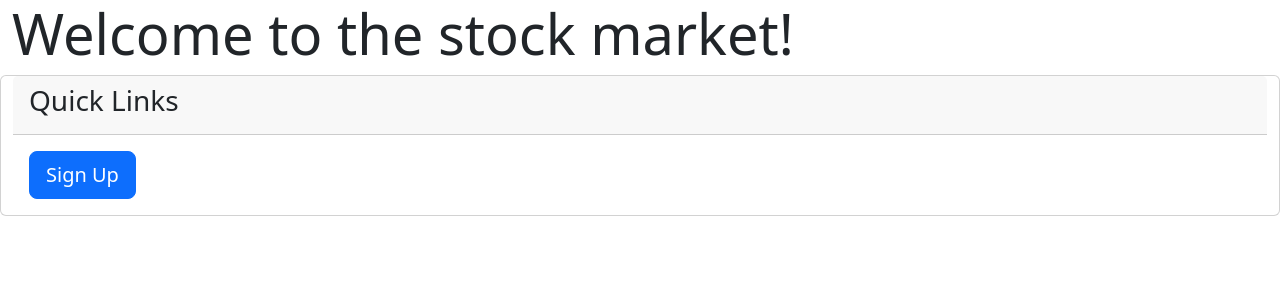
Repository: abdelbaset99/StockMarket
Page: / (app in stockmarket/)
An editor plug-in stored every save of this project. The page is shown before and after a run of saves, followed by the edit.
The browser window is 1280 px wide. The pictures show the whole page.
The project was rebuilt for these pictures with package versions that can differ from the ones it lists, and the page was loaded fresh each time. Also part of the build but not shown: stockmarket/angular.json.

Above is the page before, as saved 2023-07-13 12:20:38.

### stockmarket/src/index.html
<!doctype html>
<html lang="en">
<head>
  <meta charset="utf-8">
  <title>Stockmarket</title>
  <base href="/">
  <meta name="viewport" content="width=device-width, initial-scale=1">
  <link rel="icon" type="image/x-icon" href="favicon.ico">
</head>
<body>
  <app-root></app-root>
</body>
</html>

### stockmarket/src/app/app.module.ts
import { NgModule } from '@angular/core';
import { BrowserModule } from '@angular/platform-browser';
import { AppRoutingModule } from './app-routing.module';
import { AppComponent } from './app.component';
import { HttpClientModule } from '@angular/common/http';
import { OrdersComponent } from './orders/orders.component';
import { StocksComponent } from './stocks/stocks.component';
import { FormsModule } from '@angular/forms';
import { HomeComponent } from './home/home.component';
// import { SocketsService } from './sockets.service';
// import { HubConnection } from '@microsoft/signalr/dist/esm/HubConnection';
import { HubConnection } from '@microsoft/signalr';
import { createHubConnection } from './hub-connection.factory';


@NgModule({
  declarations: [
    AppComponent,
    OrdersComponent,
    StocksComponent,
    HomeComponent
  ],
  imports: [
    BrowserModule,
    AppRoutingModule,
    HttpClientModule,
    FormsModule
  ],
  providers: [{ provide: HubConnection, useFactory: createHubConnection }],
  bootstrap: [AppComponent]
})
export class AppModule { }

### stockmarket/src/app/app-routing.module.ts
import { NgModule } from '@angular/core';
import { RouterModule, Routes } from '@angular/router';
import { OrdersComponent } from './orders/orders.component';
import { StocksComponent } from './stocks/stocks.component';
import { HomeComponent } from './home/home.component';

const routes: Routes = [
  { path: '', component: HomeComponent },
  { path: 'orders', component: OrdersComponent },
  { path: 'stocks', component: StocksComponent },
];

@NgModule({
  imports: [RouterModule.forRoot(routes)],
  exports: [RouterModule]
})
export class AppRoutingModule {}

### stockmarket/src/app/app.component.ts
import { Component } from '@angular/core';
// import { SocketsService } from './sockets.service';
// import { Observable, Subscription } from 'rxjs';
// import { HttpClient} from '@angular/common/http';

@Component({
  selector: 'app-root',
  templateUrl: './app.component.html',
  styleUrls: ['./app.component.css'],
})
export class AppComponent {
  title = 'stocks';
  // stocks: any[] = [];
  // sub: Subscription = new Subscription();

  // constructor(private http: HttpClient) {}
  constructor() {

  }

  ngOnInit() {
    // this.getStocksData();
    // this.http.get<any[]>(`http://localhost:5000/`).subscribe(
    //   (stocks) => {
    //     this.stocks = stocks;
    //   },
    //   (err) => {
    //     console.log(err);
    //   }
    // );
  }

  // getStocksData(): void {
  //   this.sub = this.socketService.getStocks().subscribe((stocks) => {
  //     this.stocks = stocks;
  //   });
  // }

}

### stockmarket/src/app/hub-connection.factory.ts
import { HubConnection, HubConnectionBuilder } from '@microsoft/signalr';

export function createHubConnection(): HubConnection {
  const builder = new HubConnectionBuilder();
  const connection = builder.withUrl('http://localhost:5089/stockhub').build();
  return connection;
}

### stockmarket/src/app/home/home.component.html
<!DOCTYPE html>
<html lang="en">

<head>
  <meta charset="UTF-8">
  <meta name="viewport" content="width=device-width, initial-scale=1.0">
  <title>Document</title>
</head>

<body>
  <div class="container-fluid">
    <div class="row">
      <div class="col-md-8">
        <h1 class="display-4">Welcome to the stock market!</h1>
      </div>
      <div class="card">
        <div class="card-header">
          <h3>Quick Links</h3>
        </div>
        <div class="card-body">
          <!-- <a class="btn btn-primary btn-lg btn-block" routerLink="/stocks">View Stocks</a>
            <a class="btn btn-secondary btn-lg btn-block" routerLink="/orders">View Orders</a> -->
          <a class="btn btn-primary btn-lg btn-block" (click)="signUp.showModal()">Sign Up</a>
        </div>
      </div>
    </div>
  </div>



</body>

</html>

### stockmarket/src/app/orders/orders.component.ts
import { OrderService } from './../order.service';
import { Component } from '@angular/core';
import { HttpClient} from '@angular/common/http';
import { Order } from '../order';


@Component({
  selector: 'app-orders',
  templateUrl: './orders.component.html',
  styleUrls: ['./orders.component.css']
})
export class OrdersComponent {
  title = 'orders';
  orders: Order[] = [];
  constructor(private http: HttpClient, private orderService: OrderService) {}

  ngOnInit(): void {
    this.getOrders();

  }

  getOrders() {
    this.orderService.getOrders().subscribe(
      (orders) => {
        this.orders = orders;
                console.log(this.orders);
      }
    );
  }
}

### stockmarket/src/app/stocks/stocks.component.ts
// import { BuyRequest } from './../buy-request';
import { Component } from '@angular/core';
import { NgForm } from '@angular/forms';
import { Stock } from '../stock';
import { Order } from '../order';
import { StockService } from '../stock.service';
import * as signalR from '@microsoft/signalr';

@Component({
  selector: 'app-stocks',
  templateUrl: './stocks.component.html',
  styleUrls: ['./stocks.component.css'],
})
export class StocksComponent {
  title = 'stocks';
  name: string = '';
  stockPrice: number = 0;
  quantity: number = 0;
  selectedStock: string = '';

  stocks: Stock[] = [];
  // private hubConnection!: signalR.HubConnection;
  constructor(
    private stockService: StockService,
    private hubConnection: signalR.HubConnection
  ) {}

  getStockPrice() {
    const selectedStockObj = this.stocks.find(
      (stock) => stock.name === this.selectedStock
    );
    return selectedStockObj ? selectedStockObj.price : 0;
  }

  getStockID() {
    const selectedStockObj = this.stocks.find(
      (stock) => stock.name === this.selectedStock
    );
    return selectedStockObj ? selectedStockObj.id : 0;
  }

  ngOnInit(): void {
    this.startConnection();
    this.getStocks();

    setInterval(() => {
      if (this.hubConnection.state === signalR.HubConnectionState.Connected) {
        this.hubConnection
          .invoke('UpdateStockPrices')
          .then(() => {
            console.log('Stock prices updated successfully.');
          })
          .catch((err) => {
            console.log(err);
          });
      } else {
        console.warn('SignalR connection is not in the Connected state.');
      }
    }, 10000);
  }

  startConnection = () => {
    this.hubConnection = new signalR.HubConnectionBuilder()
      .withUrl('http://localhost:5089/stockhub', {
        skipNegotiation: true,
        transport: signalR.HttpTransportType.WebSockets,
      })
      .build();

    this.hubConnection
      .start()
      .then(() => {
        console.log('Connection started');
        this.hubConnection.on('ReceiveStockPrices', (stocks) => {
          this.stocks = stocks;
          console.log(this.stocks);
        });
      })
      .catch((err) => console.log('Error while starting connection: ' + err));
  };

  getStocks(): void {
    this.stockService.getStocks().subscribe((stocks) => (this.stocks = stocks));
  }

  onsubmit(form: NgForm) {
    console.log(form.value);

    // const randomInt = Math.floor(Math.random() * 10000);
    const unixTimeInSeconds: number = Math.floor(Date.now() / 1000);

    const order: Order = {
      id: unixTimeInSeconds,
      stockID: this.getStockID(),
      buyerName: form.value.name,
      quantity: form.value.quantity,
      price: form.value.stockPrice,
    };
    // const request: BuyRequest = {
    //   StockName: this.selectedStock,
    //   Quantity: form.value.quantity,
    //   BuyerName: form.value.name,
    // };
    // this.stockService.buyStock(this.selectedStock, request).subscribe(
    //   (response) => {
    //     console.log(response);
    //   },
    //   (err) => {
    //     console.log(err);
    //   }
    // );
    this.stockService.buyStock(order).subscribe(
      (response) => {
        console.log(response);
      },
      (err) => {
        console.log(err);
      }
    );
  }
}

### stockmarket/src/app/orders/orders.component.html
<h1 class="display-4">Orders</h1>

<nav class="navbar navbar-expand-lg navbar-light bg-light">
  <a class="navbar-brand" href="#">Home</a>
  <button class="navbar-toggler" type="button" data-toggle="collapse" data-target="#navbarNav" aria-controls="navbarNav"
    aria-expanded="false" aria-label="Toggle navigation">
    <span class="navbar-toggler-icon"></span>
  </button>
  <div class="collapse navbar-collapse" id="navbarNav">
    <ul class="navbar-nav">
      <li class="nav-item">
        <a class="nav-link" routerLink="/stocks">Stocks</a>
      </li>
    </ul>
  </div>
</nav>

<div class="container-fluid">
  <div class="row">
    <div class="col-md-12">
      <table class="table table-striped">
        <thead>
          <tr>
            <th>ID</th>
            <th>Name</th>
            <th>Stock ID</th>
            <th>Price</th>
            <th>Quantity</th>
          </tr>
        </thead>
        <tbody>
          <tr *ngFor="let order of orders">
            <td>{{ order.id }}</td>
            <td>{{ order.buyerName }}</td>
            <td>{{ order.stockID }}</td>
            <td>{{ order.price }}</td>
            <td>{{ order.quantity }}</td>
          </tr>
        </tbody>
      </table>
    </div>
    <!-- <div class="col-md-4">
      <div class="card">
        <div class="card-header">
          <h3>Actions</h3>
        </div>
        <div class="card-body">
          <button class="btn btn-primary btn-lg btn-block" routerLink="/stocks">View Stocks</button>
        </div>
      </div>
    </div> -->
  </div>
</div>

### stockmarket/src/app/order.service.ts
import { Injectable } from '@angular/core';
import { HttpClient } from '@angular/common/http';
import { Observable } from 'rxjs';
import { Order } from './order';
// import { BuyRequest } from './buy-request';
@Injectable({
  providedIn: 'root',
})
export class OrderService {
  private url = 'http://localhost:5089/api/Order';
  constructor(private http: HttpClient) {}


  getOrders(): Observable<Order[]> {
    return this.http.get<Order[]>(this.url);
  }

}

### stockmarket/src/app/stocks/stocks.component.html
<h1 class="display-4">Stocks</h1>

<nav class="navbar navbar-expand-lg navbar-light bg-light">
  <a class="navbar-brand" href="#">Home</a>
  <button class="navbar-toggler" type="button" data-toggle="collapse" data-target="#navbarNav" aria-controls="navbarNav"
    aria-expanded="false" aria-label="Toggle navigation">
    <span class="navbar-toggler-icon"></span>
  </button>
  <div class="collapse navbar-collapse" id="navbarNav">
    <ul class="navbar-nav">
      <li class="nav-item">
        <a class="nav-link" routerLink="/orders">Orders</a>
      </li>
    </ul>
  </div>
</nav>

<div class="container-fluid">
  <div class="col-md-2">
        <div class="card-body">
          <button class="btn btn-primary btn-lg btn-block" (click)="makeOrder.showModal()">Buy</button>
        </div>
      </div>
  <div class="row">
    <!-- <div class="col-md-2">
        <div class="card-body">
          <button class="btn btn-primary btn-lg btn-block" (click)="makeOrder.showModal()">Buy</button>
        </div>
        <div>
          <button class="btn btn-secondary btn-lg btn-block" routerLink="/orders">View Orders</button>
        </div>
    </div> -->
    <div class="col-md-12">
      <table class="table table-striped">
        <thead>
          <tr>
            <th>ID</th>
            <th>Name</th>
            <th>Price</th>
            <!-- <th></th> -->
          </tr>
        </thead>
        <tbody>
          <tr *ngFor="let stock of stocks">
            <td>{{ stock.id }}</td>
            <td>{{ stock.name }}</td>
            <td>{{ stock.price }}</td>
            <!-- <td>
              <button class="btn btn-primary btn-lg btn-block" (click)="makeOrder.showModal()">Buy</button>
            </td> -->
          </tr>
        </tbody>
      </table>
    </div>
    <!-- <div class="col-md-2">
      <div class="card-body">
        <button class="btn btn-primary btn-lg btn-block" (click)="makeOrder.showModal()">Buy</button>
      </div>
    </div> -->
  </div>
</div>

<dialog class="dialog-style" #makeOrder>
  <div class="modal-content">
    <div class="modal-header">
      <h5 class="modal-title">Buy Stock</h5>
      <button type="button" class="close" (click)="makeOrder.close()">
        <span aria-hidden="true">&times;</span>
      </button>
    </div>
    <div class="modal-body">
      <form (ngSubmit)="onsubmit(myForm)" #myForm="ngForm" method="post">
        <div class="form-group">
          <label class="label-style" for="name">Buyer Name</label>
          <input type="text" id="buyerName" name="name" placeholder="Enter your name: " [(ngModel)]="name" required
            class="form-control">
        </div>
        <div class="form-group">
          <label class="label-style" for="selectedStock">Selected Stock</label>
          <select id="selectedStock" name="selectedStock" [(ngModel)]="selectedStock" class="form-control">
            <option *ngFor="let stock of stocks" [value]="stock.name">{{ stock.name }}</option>
          </select>
        </div>
        <div class="form-group">
          <label class="label-style" for="stockPrice">Stock Price</label>
          <input type="number" id="stockPrice" name="stockPrice" [(ngModel)]="stockPrice"  class="form-control">
        </div>
        <div class="form-group">
          <label class="label-style" for="quantity">Quantity</label>
          <input type="number" id="quantity" name="quantity" placeholder="Enter quantity: " [(ngModel)]="quantity"
            required class="form-control">
        </div>
        <button class="btn btn-primary btn-block" type="submit" (click)="makeOrder.close()">Buy</button>
      </form>
    </div>
  </div>
</dialog>

### stockmarket/src/app/stock.service.ts
import { Injectable } from '@angular/core';
import { HttpClient } from '@angular/common/http';
import { Observable } from 'rxjs';
import { Stock } from './stock';
import { Order } from './order';
// import { BuyRequest } from './buy-request';
import * as signalR from '@microsoft/signalr';
@Injectable({
  providedIn: 'root',
})
export class StockService {
  private url = 'http://localhost:5089/api/Stock';
  constructor(private http: HttpClient, private hubConnection: signalR.HubConnection) {}

  // startConnection = () => {
  //   this.hubConnection = new signalR.HubConnectionBuilder()
  //     .withUrl('http://localhost:5089/stockhub', {
  //       skipNegotiation: true,
  //       transport: signalR.HttpTransportType.WebSockets,
  //     })
  //     .build();

  //   this.hubConnection
  //     .start()
  //     .then(() => {
  //       console.log('Connection started');
  //       this.hubConnection.on('ReceiveStockPrices', (stocks) => {
  //         this.stocks = stocks;
  //         console.log(this.stocks);
  //       });
  //     })
  //     .catch((err) => console.log('Error while starting connection: ' + err));

  //   // this.getStocks();

  //   setInterval(() => {
  //     this.hubConnection.invoke('UpdateStockPrices');
  //   }, 10000);
  // }
  buyStock(order: Order): Observable<any> {
    const url = `${this.url}/${order.stockID}/buy`;
    return this.http.post(url, order);
  }

  getStocks(): Observable<Stock[]> {
    return this.http.get<Stock[]>(this.url);
  }
}

Loaded but not shown: stockmarket/src/styles.css (common file); stockmarket/src/main.ts (common file); stockmarket/src/app/home/home.component.ts (common file); stockmarket/src/app/app.component.html (common file); stockmarket/src/app/app.component.css (no stored copy; drawn as an empty file); stockmarket/src/app/home/home.component.css (no stored copy; drawn as an empty file)

After the next 3 saves:
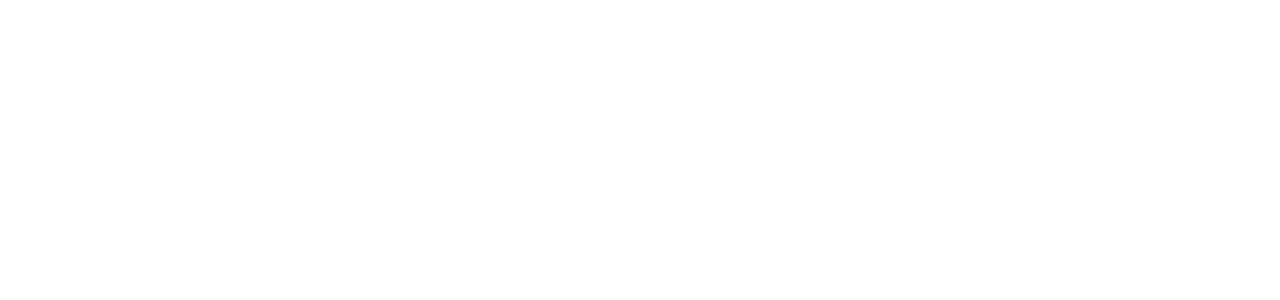
The 3 saves are shown as one change because they came seconds apart.
The last was saved 2 min 29 s later.
--- a/stockmarket/src/app/home/home.component.html
+++ b/stockmarket/src/app/home/home.component.html
@@ -26,6 +26,8 @@
     </div>
   </div>
 
+  <dialog
+
 
 
 </body>

After the 3 saves that followed:
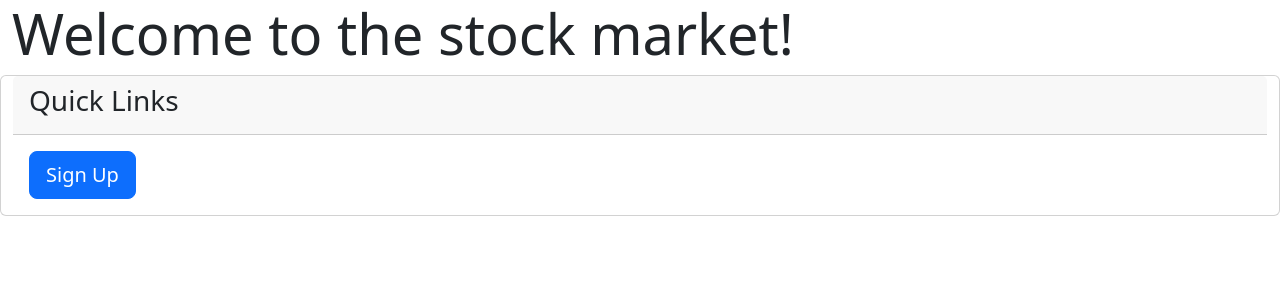
The 3 saves are shown as one change because 1 left the picture as it was and some came seconds apart.
The last was saved 19 s later.
--- a/stockmarket/src/app/home/home.component.html
+++ b/stockmarket/src/app/home/home.component.html
@@ -26,7 +26,9 @@
     </div>
   </div>
 
-  <dialog
+  <dialog class="dialog-style" >
+
+  </dialog>
 
 
 
